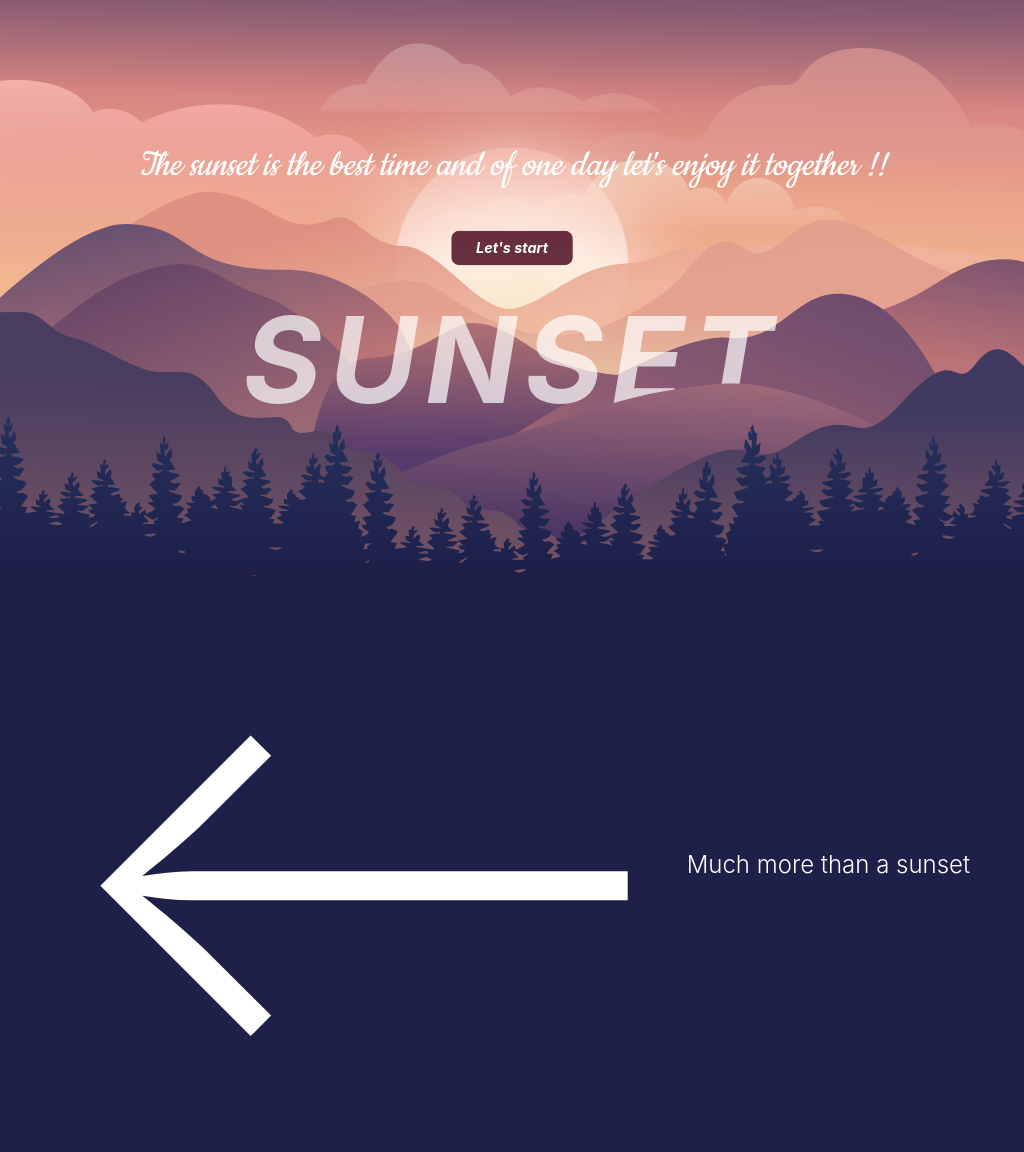
Repository: nambui98/parallax
Page: /
The author's editor kept a copy of each file at every save. The page is drawn from the files as they stood at one save, then again after a run of saves.
The browser window is 1280 px wide. The pictures show the whole page, at 80% of full size.
The project was rebuilt for these pictures with package versions that can differ from the ones it lists, and the page was loaded fresh each time. Also part of the build but not shown: vite.config.ts.

Above is the page before, as saved 2022-03-24 15:08:41.

### src/App.tsx
import { useEffect, useRef, useState } from 'react'
import { Link, useLocation, useNavigate } from 'react-router-dom';
import bg_1 from './assets/images/bg_1.svg'
import bg_2 from './assets/images/bg_2.svg'
import bg_3 from './assets/images/bg_3.svg'
import bg_4 from './assets/images/bg_4.svg'
import bg_5 from './assets/images/bg_5.svg'
import bg_6 from './assets/images/bg_6.svg'
import bg_7 from './assets/images/bg_7.svg'
import bg_8 from './assets/images/bg_8.svg'
import bg_9 from './assets/images/bg_9.svg'
import bg_10 from './assets/images/bg_10.svg'
import bg_11 from './assets/images/bg_11.svg'
import icon from './assets/images/icon.svg'
import './App.scss'

function App() {
  let location = useLocation();
  console.log(location);

  const bg_1Ref = useRef<any>()
  const bg_2Ref = useRef<any>()
  const bg_3Ref = useRef<any>()
  const bg_4Ref = useRef<any>()
  const bg_5Ref = useRef<any>()
  const bg_6Ref = useRef<any>()
  const bg_7Ref = useRef<any>()
  const bg_8Ref = useRef<any>()
  const bg_9Ref = useRef<any>()
  const bg_10Ref = useRef<any>()
  const bg_11Ref = useRef<any>()
  const h3Ref = useRef<any>()
  const h1Ref = useRef<any>()
  const bannerRef = useRef<any>()
  const btnRef = useRef<any>()
  // console.log(location);

  useEffect(() => {
    window.addEventListener("scroll", () => {
      let value = window.scrollY;
      // h3Ref.current.style =
      // bg_1Ref.current.style.left = `calc(${value}px + 40rem)`;
      bg_9Ref.current.style.transform = `scale(${1 + value * 0.0005})`
      bg_10Ref.current.style.transform = `scale(${1 + value * 0.0005})`
      bg_8Ref.current.style.transform = `scale(${1 + value * 0.0005})`
      bg_7Ref.current.style.transform = `scale(${1 + value * 0.0005})`
      bg_6Ref.current.style.transform = `scale(${1 + value * 0.0005})`
      bg_5Ref.current.style.transform = `scale(${1 + value * 0.0005})`
      bg_4Ref.current.style.transform = `translateX(-50%) scale(${1 + value * 0.0005})`
      bg_3Ref.current.style.transform = `scale(${1 + value * 0.0005})`
      bg_2Ref.current.style.transform = `scale(${1 + value * 0.0005})`
      bg_1Ref.current.style.transform = `scale(${1 + value * 0.0005})`
      bg_11Ref.current.style.transform = `scale(${1 + value * 0.0004})`

      h3Ref.current.style.transform = `translateZ(${value * 0.8}px) scale(${1 + (value * 0.0009)})`
      h1Ref.current.style.transform = `translateY(${value * 0.2}px)`
      btnRef.current.style.transform = `translate(-50%, calc(-50% - ${value * 0.2}px))`
      console.log();

    })

    return () => {
      window.removeEventListener("scroll", () => {

      })
    }
  }, [])
  useEffect(() => {
    let url = window.location.href.split("/");
    // debugger
    let target = url[url.length - 1].toLowerCase();
    let element = document.getElementById(target);
    element && element.scrollIntoView({ behavior: "smooth", block: "start" });
  }, [location]);
  return (
    <div className="App">
      <div className="main">
        <div className="banner" ref={bannerRef}>
          <img className='bg_1' ref={bg_1Ref} src={bg_1} alt="" />
          <img className='bg_2' ref={bg_2Ref} src={bg_2} alt="" />
          <img className='bg_3' ref={bg_3Ref} src={bg_3} alt="" />
          <img className='bg_4' ref={bg_4Ref} src={bg_4} alt="" />
          <img className='bg_5' ref={bg_5Ref} src={bg_5} alt="" />
          <img className='bg_6' ref={bg_6Ref} src={bg_6} alt="" />
          <img className='bg_7' ref={bg_7Ref} src={bg_7} alt="" />
          <img className='bg_8' ref={bg_8Ref} src={bg_8} alt="" />
          <img className='bg_9' ref={bg_9Ref} src={bg_9} alt="" />
          <img className='bg_10' ref={bg_10Ref} src={bg_10} alt="" />
          <img className='bg_11' ref={bg_11Ref} src={bg_11} alt="" />

          <h3 ref={h3Ref}>The sunset is the best time and of one day let's enjoy it together !!</h3>
          <h1 ref={h1Ref}>Sunset</h1>
        </div>
        <Link to="/content" className="btn" ref={btnRef}>Let's start</Link>
        <div className="content" id="content">
          <h1> Much more than a sunset</h1>
        </div>
      </div>
    </div>
  )
}

export default App

### src/App.scss
@import url('https://fonts.googleapis.com/css2?family=Cookie&display=swap');
*,
*::after,
*::before{
  padding: 0;
  margin: 0;
  box-sizing: inherit;
}
html{
  font-size: 62.5%;
  box-sizing: border-box;
}
.main{
  // perspective: 1px;

}
.banner{
  background: linear-gradient(181.12deg, #6D4869 -4.47%, #906074 5.09%, #D58480 18.15%, #ECA58B 34.03%, #F8C995 69.69%);
  height: 100vh;
  position: relative;
  z-index: -1;
  overflow: hidden;
  perspective: 1000px;
  h3{
    position: absolute;
    top: 18rem;
    width: 100%;
    font-size: 5rem;
    font-weight: 400;
    font-style: italic;
    color: #fff;
    font-family: 'Cookie', cursive;
    text-align: center;
    // left: 50%;
    // transform: translateX(-50%);
  }
  h1{
    position: absolute;
    bottom: 18rem;
    width: 100%;
    font-size: 15rem;
    font-style: italic;
    color: rgba(255, 255, 255, .7);
    text-align: center;
    text-transform: uppercase;
    z-index: 0;
    letter-spacing: 1rem;
  }
  img{
    position: absolute;
    z-index: 0;
    &.bg_1{
      top: 5.4rem;
      left: 40rem;
    }
    &.bg_2{
      left: 0;
      top: 10rem;
    }
    &.bg_3{
      right: 0;
      top: 6rem;
    }
    &.bg_4{
      left: 50%;
      top: 8rem;
      transform: translateX(-50%);
      // top: 28.6rem;
      width: 50rem;
    }
    &.bg_5{
      right: 22rem;
      top: 20rem;
    }
    &.bg_6{
      right: 0;
      left: 0;
      top: 24rem;
      width: 100%;
    }
    &.bg_7{
      right: 0;
      left: 0;
      top: 28rem;
      width: 100%;
      // z-index: 1;
    }
     &.bg_8{
      bottom: -3rem;
      width: 100%;
      z-index: 2;
    }
    &.bg_9{
      width: 100%;
      top: 33rem;
      // z-index: 1;
    }
    &.bg_10{
      bottom: -6rem;
      z-index: 1;
    }
    &.bg_11{
      bottom: 0rem;
      width: 100%;
      z-index: 2;
    }
  }
}
.btn{
  z-index: 100;

  position: absolute;
  top: calc(50% - 5rem);
  left: 50%;
  transform: translate(-50%, -50%);
  border: none;
  background: rgba(65, 0, 22, 0.8);
  font-style: italic;
  color: #fff;
  padding: 1rem 3rem;
  border-radius: 1rem;
  cursor: pointer;
  font-size: 1.8rem;
  font-weight: 700;
  border: 1px solid transparent;
  // transition: .3s all;
  text-decoration: none;
  &:hover{
    color: rgba(65, 0, 22, 0.8);
    background: transparent;
    border-color: rgba(65, 0, 22, 0.8);
  }
}
.content{
  height: 100vh;
  width: 100%;
  background-color: #1E2049;
}
.content{
  display: flex;
  justify-content: center;
  h1{
    color: #fff;
    font-size: 3rem;
    font-weight: 300;
    display: flex;
    justify-content: center;
    align-items: center;
    &::before{
      content:"\27F5";
      font-size: 59rem;
    }
  }

}

Loaded but not shown: index.html (common file); src/main.tsx (common file); src/index.css (common file)

After the next 2 saves:
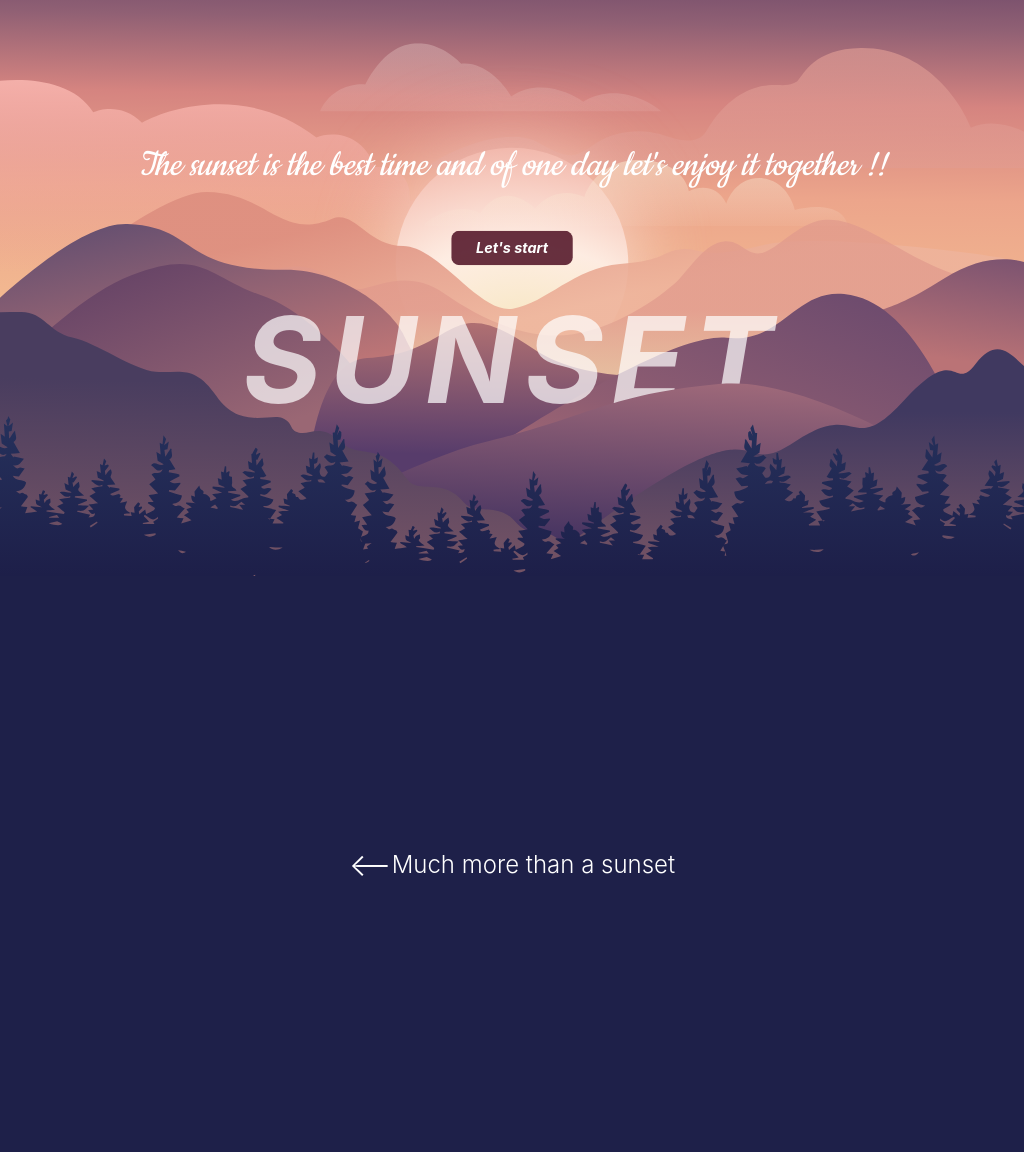
The 2 saves are shown as one change because they came seconds apart.
The last was saved 8 s later.
--- a/src/App.scss
+++ b/src/App.scss
@@ -148,7 +148,7 @@ html{
     align-items: center;
     &::before{
       content:"\27F5";
-      font-size: 59rem;
+      font-size: 4rem;
     }
   }
 
